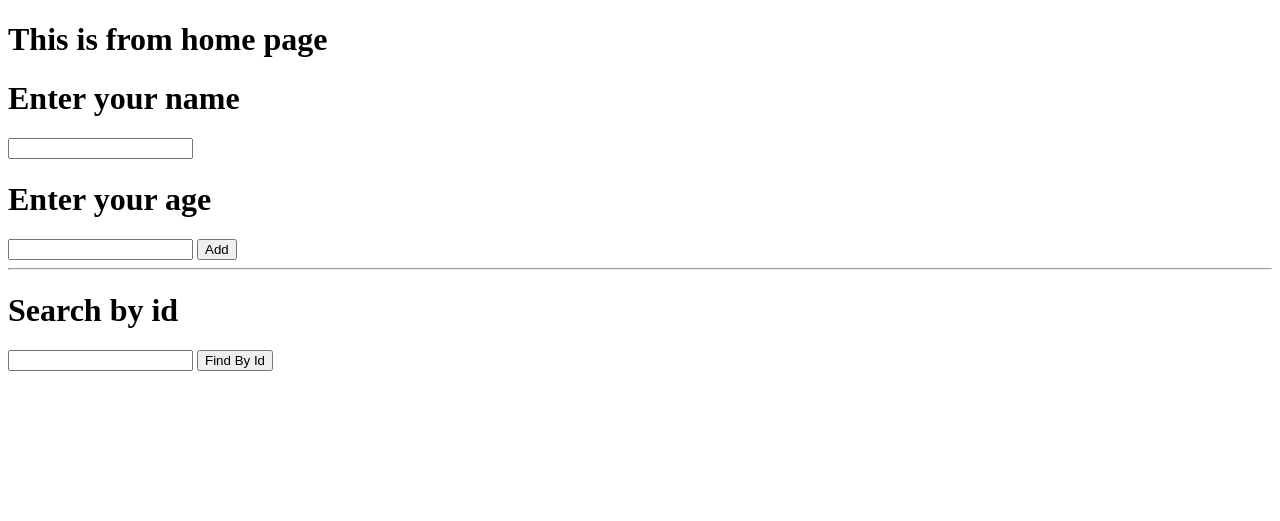
Repository: noyon1122/spring-boot-practice
Page: http://localhost/Home
These files come from the project's save history. The page is drawn as it stood at one moment and after the next save; the edit follows.
The browser window is 1280 px wide. The pictures show the whole page.
The page is this project's Thymeleaf template; nobody is signed in. The template is opened directly, without the code that normally fills it, so the values that code supplies are empty.

Above is the page before, as saved 2024-11-24 15:08:38.

### SpringMVC/src/main/resources/templates/Home.html
<!DOCTYPE html>
<html xmlns="http://www.w3.org/1999/xhtml"
      xmlns:th="http://www.thymeleaf.org">
<head>
<meta charset="UTF-8">
<title>Home Page</title>
</head>
<body>
<h1>This is from home page</h1>

<form action="add" Method="POST">

<h1>
Enter your name
</h1>
<input type="text" name="sName">
<h1>Enter your age</h1>
<input type="text" name="sAge">
<button type="submit">Add</button>
</form>

<hr>

<form action="find" Method="POST">

<h1>
Search by id
</h1>

<input type="text" name="sId">
<button type="submit">Find By Id</button>
</form>

</body>
</html>

After the next save:
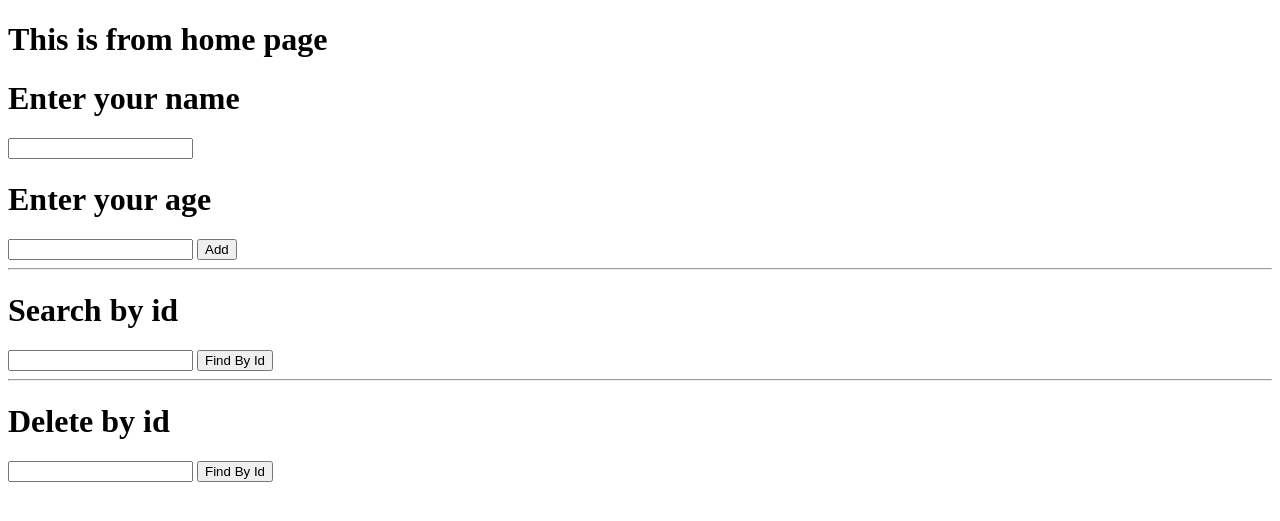
Saved 4 min 5 s later.
--- a/SpringMVC/src/main/resources/templates/Home.html
+++ b/SpringMVC/src/main/resources/templates/Home.html
@@ -31,5 +31,17 @@ Search by id
 <button type="submit">Find By Id</button>
 </form>
 
+<hr>
+
+<form action="find" Method="GET">
+
+<h1>
+Delete by id
+</h1>
+
+<input type="text" name="sId">
+<button type="submit">Find By Id</button>
+</form>
+
 </body>
 </html>
